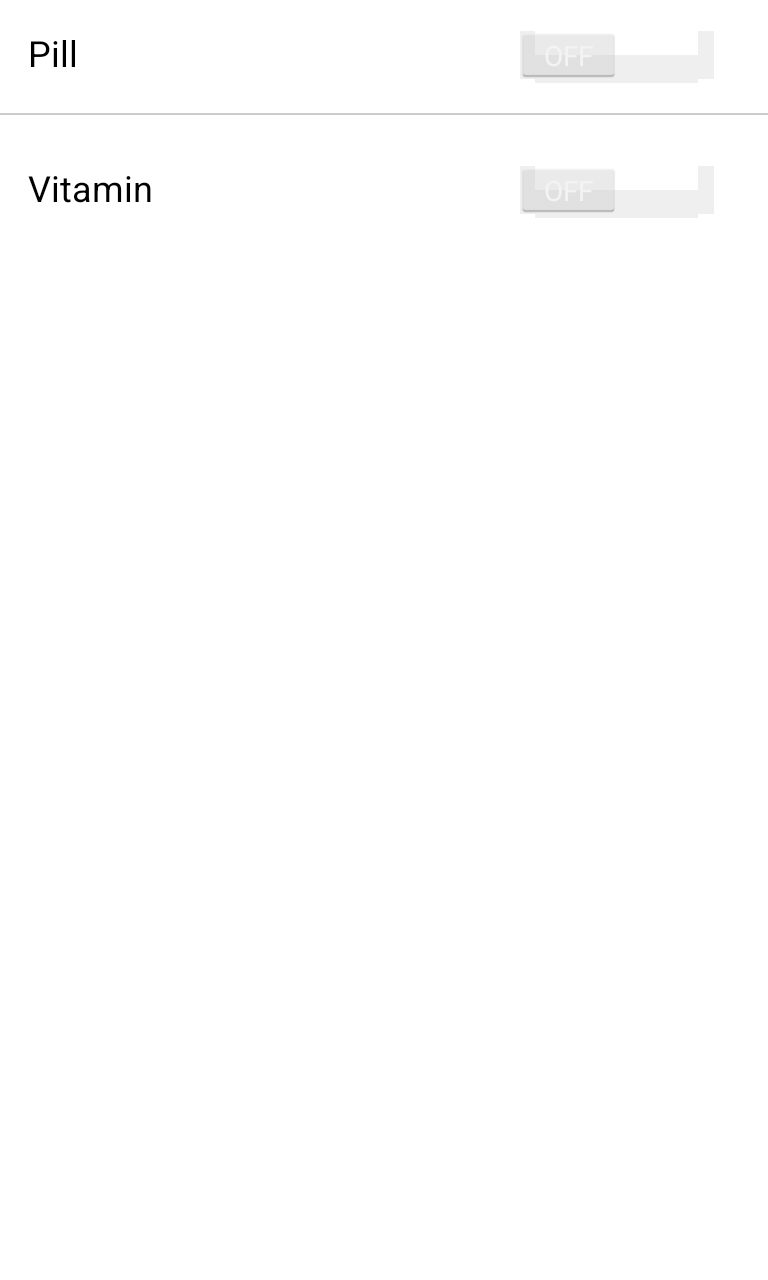
Repository: ranika/pilltracker
Layout: PillTracker/res/layout/fragment_reminders.xml
These files come from the project's save history. The layout is drawn as it stood at one moment and after a run of saves; the edit follows.
It is drawn on a 768 x 1280 px phone screen (xhdpi) without system bars, with theme AppTheme; the app's code is not run.

Above is the layout before, as saved 2014-04-10 06:09:11.

After the next 2 saves:
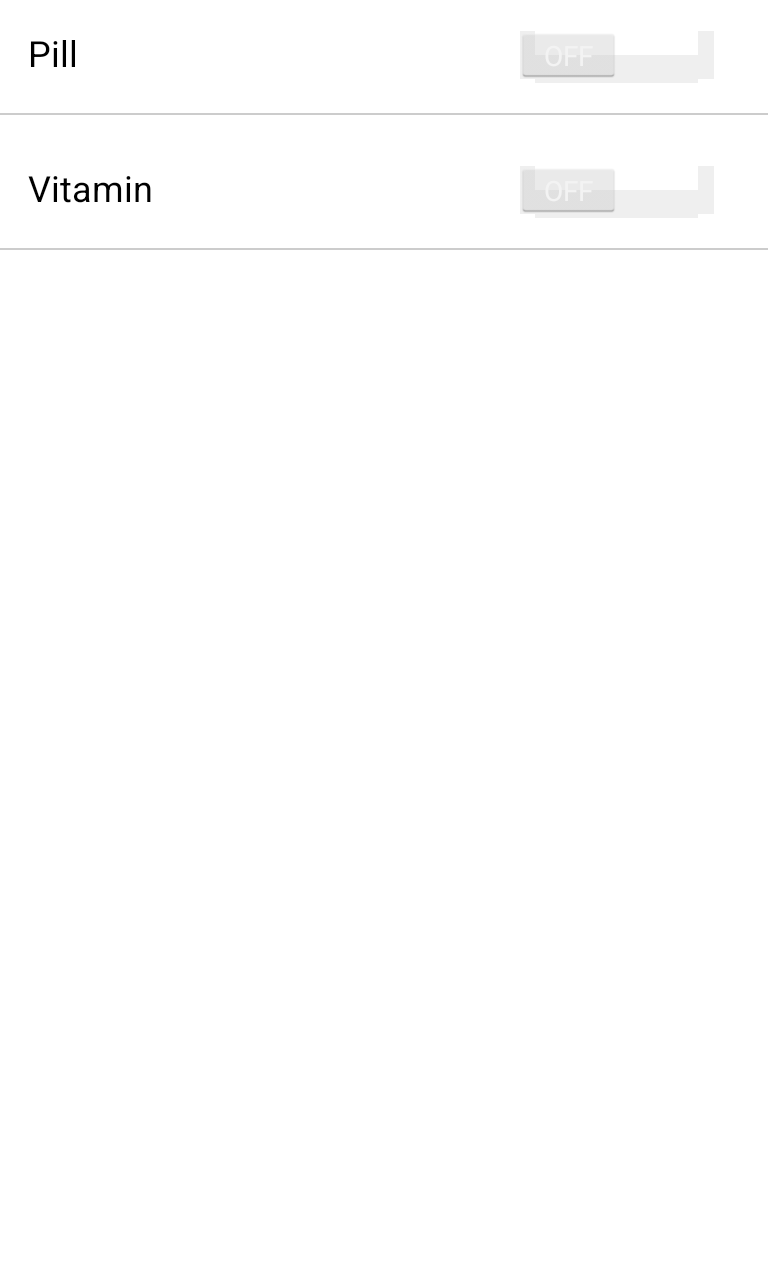
The 2 saves are shown as one change because they came seconds apart.
The last was saved 22 s later.
--- a/PillTracker/res/layout/fragment_reminders.xml
+++ b/PillTracker/res/layout/fragment_reminders.xml
@@ -51,4 +51,15 @@
         android:layout_alignParentRight="true"
         android:layout_marginRight="25dp" />
 
+    <View
+        android:id="@+id/view2"
+        android:layout_width="fill_parent"
+        android:layout_height="1dp"
+        android:layout_alignParentLeft="true"
+        android:layout_below="@+id/switch2"
+        android:layout_marginTop="15dp"
+        android:background="@color/black"
+        android:paddingTop="20dp" />
+
+
 </RelativeLayout>
